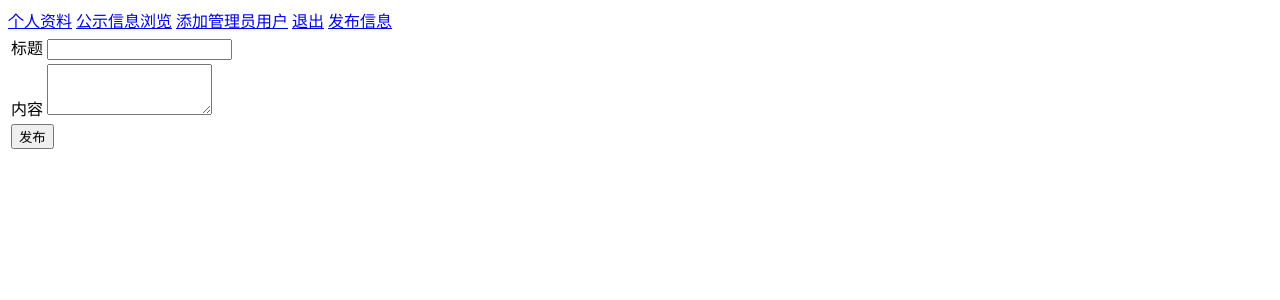
Repository: wyubb/Java
Page: http://localhost/Chapter3/addinformation.jsp
The author's editor kept a copy of each file at every save. The page is drawn from the files as they stood at one save, then again after the next save.
The browser window is 1280 px wide. The pictures show the whole page.
The page is served by Tomcat 9. Queries for data that is not in the repository find no rows.

Above is the page before, as saved 2019-04-07 07:58:52.

After the next save:
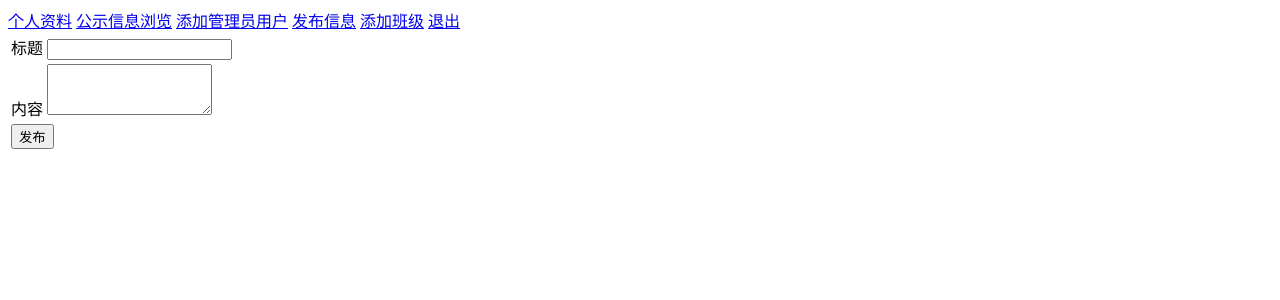
Saved 88 s later.
--- a/Chapter3/WebContent/addinformation.jsp
+++ b/Chapter3/WebContent/addinformation.jsp
@@ -30,8 +30,9 @@ String basePath = request.getScheme()+"://"+request.getServerName()+":"+request.
 				<a href =	 "data.jsp">个人资料</a>
 				<a href = "main.jsp">公示信息浏览</a>
 				<a href = "register.jsp">添加管理员用户</a>
+				<a href = "addinformation.jsp">发布信息</a>
+				<a href = "addclass.jsp">添加班级</a>
 				<a href = "login.jsp">退出</a>
-				<a href = "addinformation.jsp">发布信息</a>
 		</div>
    <form action="Process_addinformation.jsp" method="post">
 	<table>
